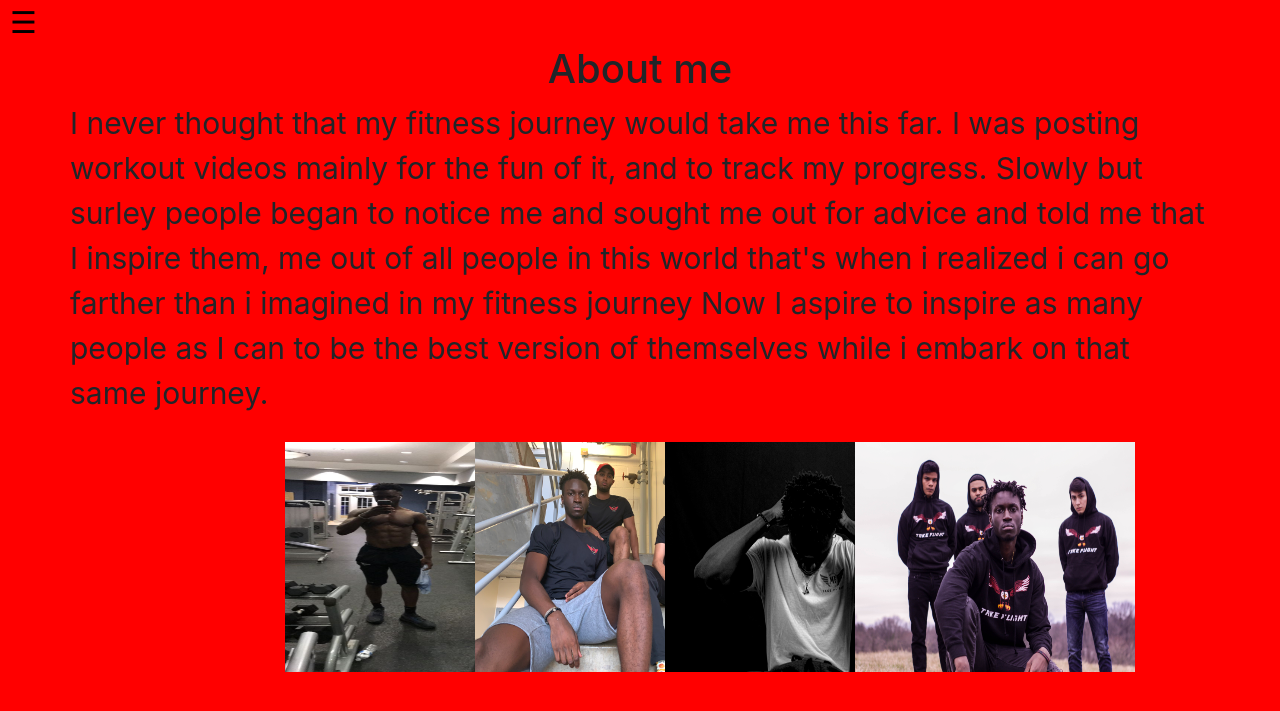
Repository: mamadont/MamadouFitnessWebsite
Page: pages-html/about-me.html
An editor plug-in stored every save of this project. The page is shown before and after the next save, followed by the edit.
The browser window is 1280 px wide. The pictures show the whole page.
Some web libraries are served in a nearby version.

Above is the page before, as saved 2020-07-09 00:17:45.

### pages-html/about-me.html
<!DOCTYPE html>
<html>

<head>
    <title>Mamadou Fitness</title>
    <link rel="stylesheet" href='../pages-css/about-me.css'>
    <meta name="viewport" content="width=device-width, initial-scale=1.0">

    <!-- Bootstrap -->
    <link rel="stylesheet" href="https://stackpath.bootstrapcdn.com/bootstrap/4.5.0/css/bootstrap.min.css" integrity="sha384-9aIt2nRpC12Uk9gS9baDl411NQApFmC26EwAOH8WgZl5MYYxFfc+NcPb1dKGj7Sk" crossorigin="anonymous">
    <!-- Animate.CSS-->
    <link rel="stylesheet" href="https://cdnjs.cloudflare.com/ajax/libs/animate.css/4.0.0/animate.min.css" />
    <!-- Font Awesome -->
    <script src="https://kit.fontawesome.com/0a51dc7bb6.js" crossorigin="anonymous"></script>
</head>

<body>
    <!-- Parent container-->
    <div id="main" class="bg">
        <!-- Hamburger Icon-->
        <span class="menu-icon" onclick="openNav()">&#9776; </span>

        <!-- About me content-->
        <div class="container">
            <!-- Header -->
            <div class="row justify-content-center animate__animated animate__slideInDown">
                <h1 id="header"> About me</h1>
            </div>

            <!-- About me description -->
            <div id="about-me-desc" class="row justify-content-center animate__animated animate__slideInLeft">
                <div>
                    <p>I never thought that my fitness journey would take me this far. I was posting workout videos mainly for the fun of it, and to track my progress. Slowly but surley people began to notice me and sought me out for advice and told me that
                        I inspire them, me out of all people in this world that's when i realized i can go farther than i imagined in my fitness journey Now I aspire to inspire as many people as I can to be the best version of themselves while i embark
                        on that same journey.</p>
                </div>
            </div>

            <!-- Images -->
            <div id="image-row" class="row justify-content-center animate__animated animate__slideInRight">
                <div class="col-2">
                    <img src="../assets/pic1.JPG" />
                </div>
                <div class="col-2">
                    <img src="../assets/pic3.JPG" />
                </div>
                <div class="col-2">
                    <img src="../assets/pic4.JPG" />
                </div>
                <div class="col-2">
                    <img src="../assets/pic2.JPG" />
                </div>

            </div>

        </div>
    </div>

    <!-- Side menu-->
    <div id="myNav" class="overlay">
        <a href="javascript:void(0)" class="closebtn" onclick="closeNav()">&times;</a>
        <div class="overlay-content">
            <!-- Menu Options -->
            <a href="../index.html">Home</a>
            <a href="./pages-html/about-me.html">About me</a>
            <a href="./social-media.html">Social Media</a>
            <a href="#">Workout Programs</a>
            <a href="#">Shop</a>
            <a href="./contact-me.html">Apply for Coaching</a>
        </div>
    </div>

    <!-- Javascript for this page-->
    <script src="../scripts/script.js"></script>
    <!-- Necessary script tags for Bootstrap-->
    <script src="https://code.jquery.com/jquery-3.5.1.slim.min.js" integrity="sha384-DfXdz2htPH0lsSSs5nCTpuj/zy4C+OGpamoFVy38MVBnE+IbbVYUew+OrCXaRkfj" crossorigin="anonymous"></script>
    <script src="https://cdn.jsdelivr.net/npm/popper.js@1.16.0/dist/umd/popper.min.js" integrity="sha384-Q6E9RHvbIyZFJoft+2mJbHaEWldlvI9IOYy5n3zV9zzTtmI3UksdQRVvoxMfooAo" crossorigin="anonymous"></script>
    <script src="https://stackpath.bootstrapcdn.com/bootstrap/4.5.0/js/bootstrap.min.js" integrity="sha384-OgVRvuATP1z7JjHLkuOU7Xw704+h835Lr+6QL9UvYjZE3Ipu6Tp75j7Bh/kR0JKI" crossorigin="anonymous"></script>
</body>

</html>

### pages-css/about-me.css
/* Background Image */

body,
html {
    height: 100%;
    overflow-x: hidden;
    background-color: red;
}

.bg {
    /* The image used */
    background-color: #FF0000;
    /* Full height */
    height: 100%;
    /* Center and scale the image nicely */
    background-position: center;
    background-repeat: no-repeat;
    background-size: cover;
    z-index: -1;
}


/* Hamburger (Menu) icon */

.menu-icon {
    font-size: 30px;
    cursor: pointer;
    padding-left: 10px;
    color: black;
    height: 300px;
    width: 300px;
}


/* About me header */

#about-me-header {
    text-align: center;
}


/* Menu overlay */

.overlay {
    height: 100%;
    width: 0;
    position: fixed;
    z-index: 1;
    top: 0;
    left: 0;
    background-color: black;
    overflow-x: hidden;
    transition: 0.5s;
}

.overlay-content {
    position: relative;
    top: 25%;
    width: 100%;
    text-align: center;
    margin-top: 30px;
}

.overlay a {
    padding: 8px;
    text-decoration: none;
    font-size: 36px;
    color: #818181;
    display: block;
    transition: 0.3s;
}

.overlay a:hover,
.overlay a:focus {
    color: red;
    text-decoration: none;
}

.overlay .closebtn {
    position: absolute;
    top: 20px;
    right: 45px;
    font-size: 60px;
}

@media screen and (max-height: 450px) {
    .overlay a {
        font-size: 20px
    }
    .overlay .closebtn {
        font-size: 40px;
        top: 15px;
        right: 35px;
    }
}


/* About me content */

p {
    font-size: 30px;
}

img {
    height: 250px;
    width: 300px;
    padding: 10px;
}

#header {
    text-align: center;
}


/* For smaller screens */

@media(max-width: 767px) {
    p {
        font-size: larger;
    }
    #about-me-desc {
        padding: 20px;
    }
}

### scripts/script.js
function openNav() {
    // Changes width based on the width of the viewport (30% for larger screens, 100% for smaller screens)
    if (window.innerWidth < 1280) {
        document.getElementById("myNav").style.width = "100%";
    } else {
        document.getElementById("myNav").style.width = "30%";
    }

    document.getElementById("main").style.opacity = 0.5;



}

function closeNav() {
    document.getElementById("myNav").style.width = "0%";
    document.getElementById("main").style.opacity = 1.0
}

After the next save:
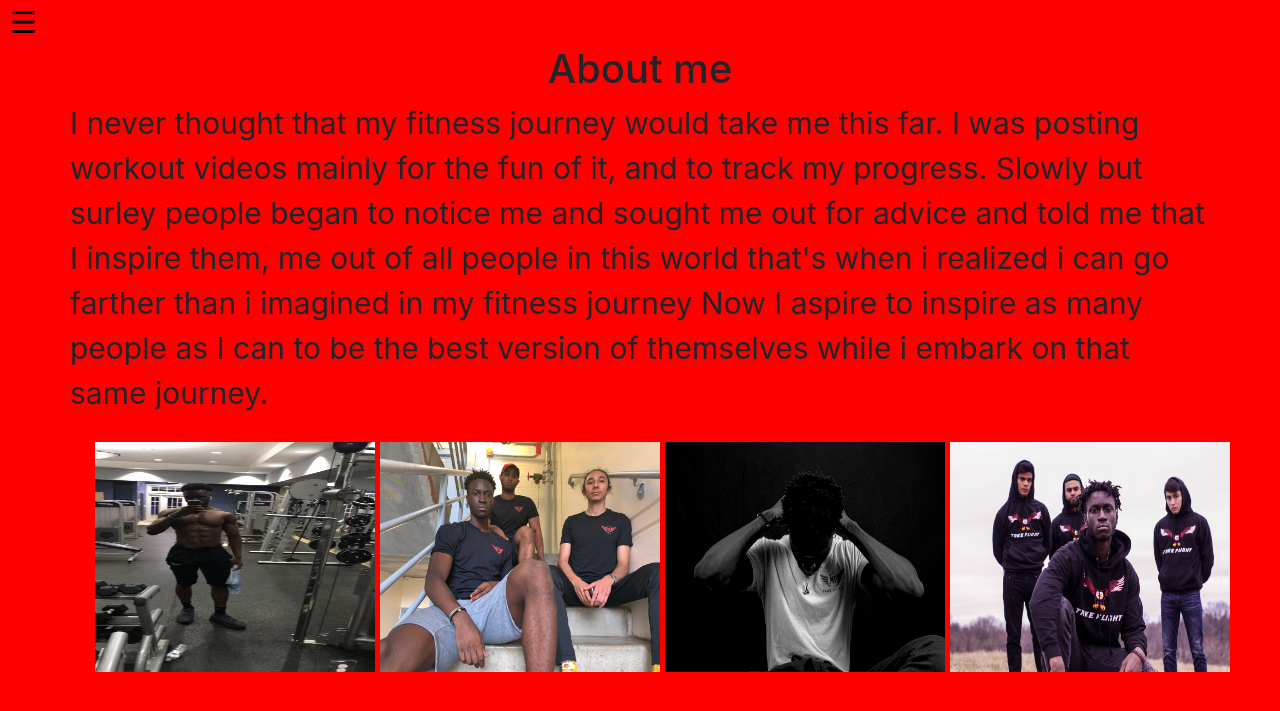
Saved 23 s later.
--- a/pages-html/about-me.html
+++ b/pages-html/about-me.html
@@ -38,16 +38,16 @@
 
             <!-- Images -->
             <div id="image-row" class="row justify-content-center animate__animated animate__slideInRight">
-                <div class="col-2">
+                <div class="col-3">
                     <img src="../assets/pic1.JPG" />
                 </div>
-                <div class="col-2">
+                <div class="col-3">
                     <img src="../assets/pic3.JPG" />
                 </div>
-                <div class="col-2">
+                <div class="col-3">
                     <img src="../assets/pic4.JPG" />
                 </div>
-                <div class="col-2">
+                <div class="col-3">
                     <img src="../assets/pic2.JPG" />
                 </div>
 
